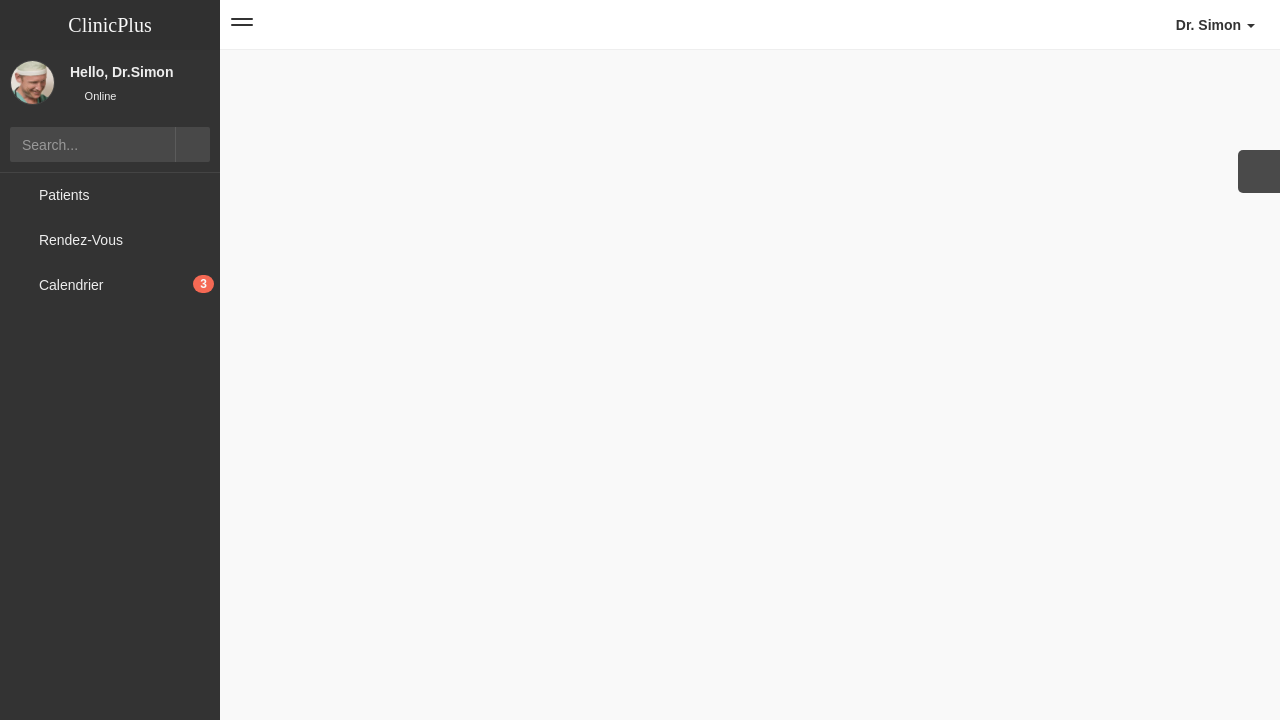
Repository: BouzidKhellaf/ClinicPlusBD
Page: http://localhost/clinicPlus/patientsEnregistrer
An editor plug-in stored every save of this project. The page is shown before and after the next save, followed by the edit.
The browser window is 1280 px wide. The pictures show the whole page.
Some web fonts or font styles are not loaded; a fallback is used. Some web libraries are served in a nearby version. The page is served by Tomcat 9.

Above is the page before, as saved 2014-05-08 14:20:12.

After the next save:
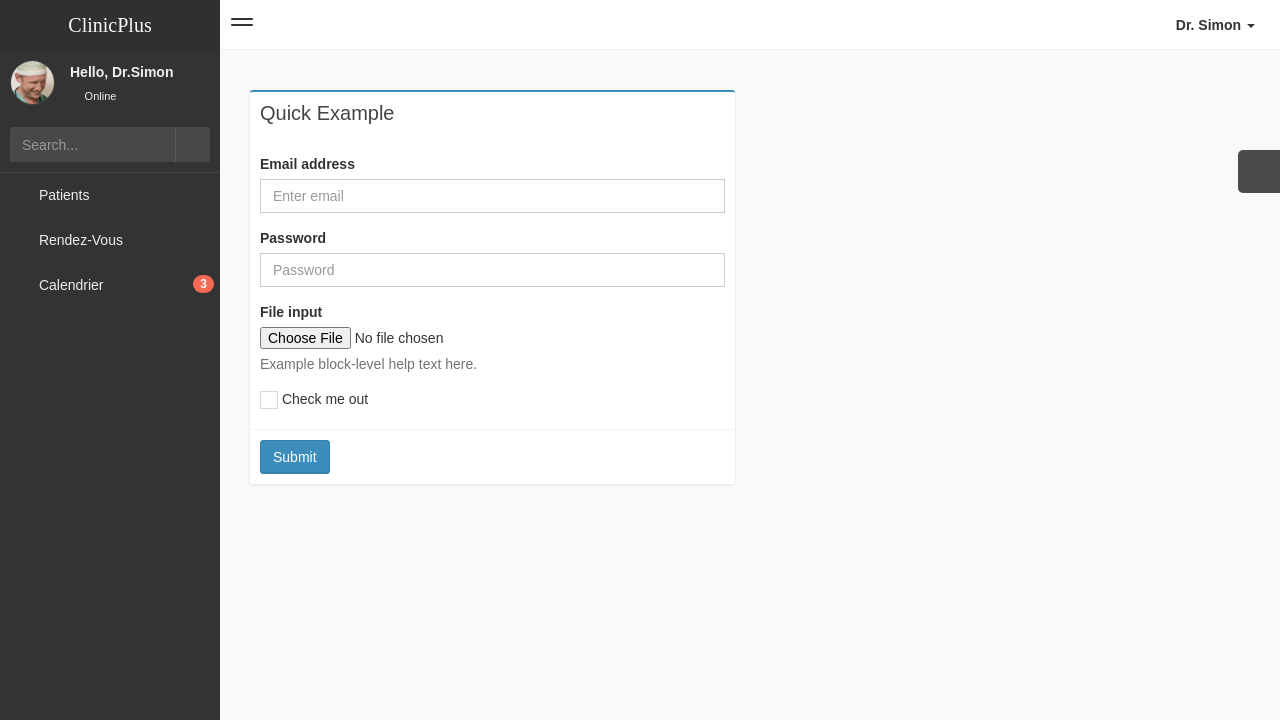
Saved 3 min 25 s later.
--- a/clinicPlus/src/main/webapp/WEB-INF/views/admin/pages/patientsEnregistrer.jsp
+++ b/clinicPlus/src/main/webapp/WEB-INF/views/admin/pages/patientsEnregistrer.jsp
@@ -167,7 +167,46 @@
                 <!-- Main content -->
                 <section class="content">
 
-                  <!-- Content -->
+                  <section class="content">
+                    <div class="row">
+                        <!-- left column -->
+                        <div class="col-md-6">
+                            <!-- general form elements -->
+                            <div class="box box-primary">
+                                <div class="box-header">
+                                    <h3 class="box-title">Quick Example</h3>
+                                </div><!-- /.box-header -->
+                                <!-- form start -->
+                                <form role="form">
+                                    <div class="box-body">
+                                        <div class="form-group">
+                                            <label for="exampleInputEmail1">Email address</label>
+                                            <input type="email" class="form-control" id="exampleInputEmail1" placeholder="Enter email">
+                                        </div>
+                                        <div class="form-group">
+                                            <label for="exampleInputPassword1">Password</label>
+                                            <input type="password" class="form-control" id="exampleInputPassword1" placeholder="Password">
+                                        </div>
+                                        <div class="form-group">
+                                            <label for="exampleInputFile">File input</label>
+                                            <input type="file" id="exampleInputFile">
+                                            <p class="help-block">Example block-level help text here.</p>
+                                        </div>
+                                        <div class="checkbox">
+                                            <label>
+                                                <input type="checkbox"> Check me out
+                                            </label>
+                                        </div>
+                                    </div><!-- /.box-body -->
+
+                                    <div class="box-footer">
+                                        <button type="submit" class="btn btn-primary">Submit</button>
+                                    </div>
+                                </form>
+                                </div><!-- /.box-body -->
+                            </div><!-- /.box -->
+                        </div><!--/.col (right) -->
+                    </div>   <!-- /.row -->
 
                 </section><!-- /.content -->
             </aside><!-- /.right-side -->
